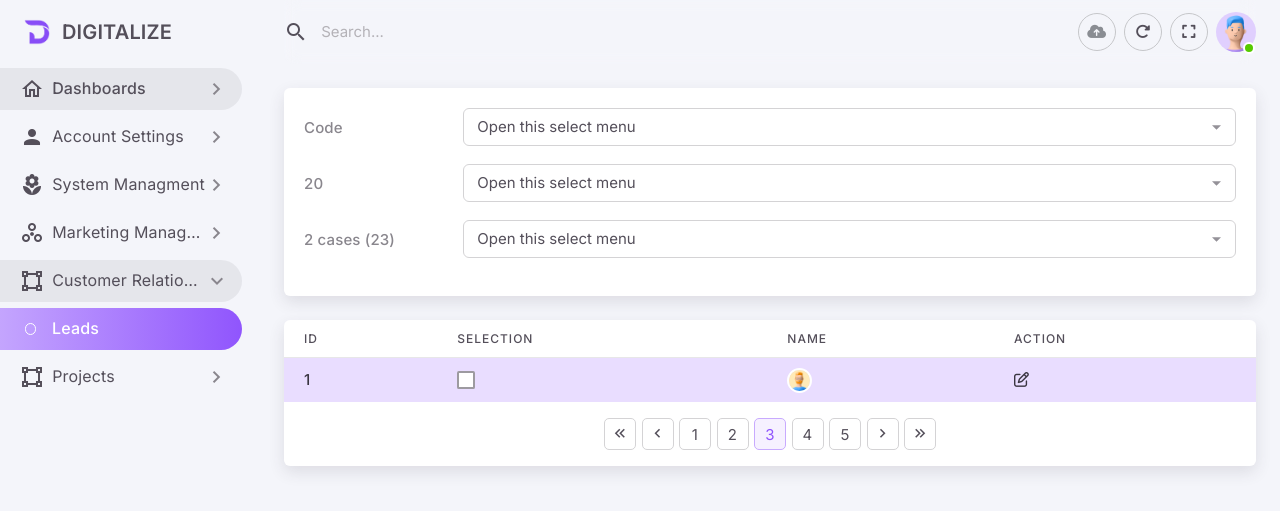
Repository: FadyFathey/sales-crm
Page: html/project-list.html
The author's editor kept a copy of each file at every save. The page is drawn from the files as they stood at one save, then again after a run of saves.
The browser window is 1280 px wide. The pictures show the whole page.
Some icons come from a web library that is not loaded, so they are not drawn. Some web libraries are served in a nearby version.

Above is the page before, as saved 2024-10-09 13:46:12.
Console error: ReferenceError: d3 is not defined

After the next 2 saves:
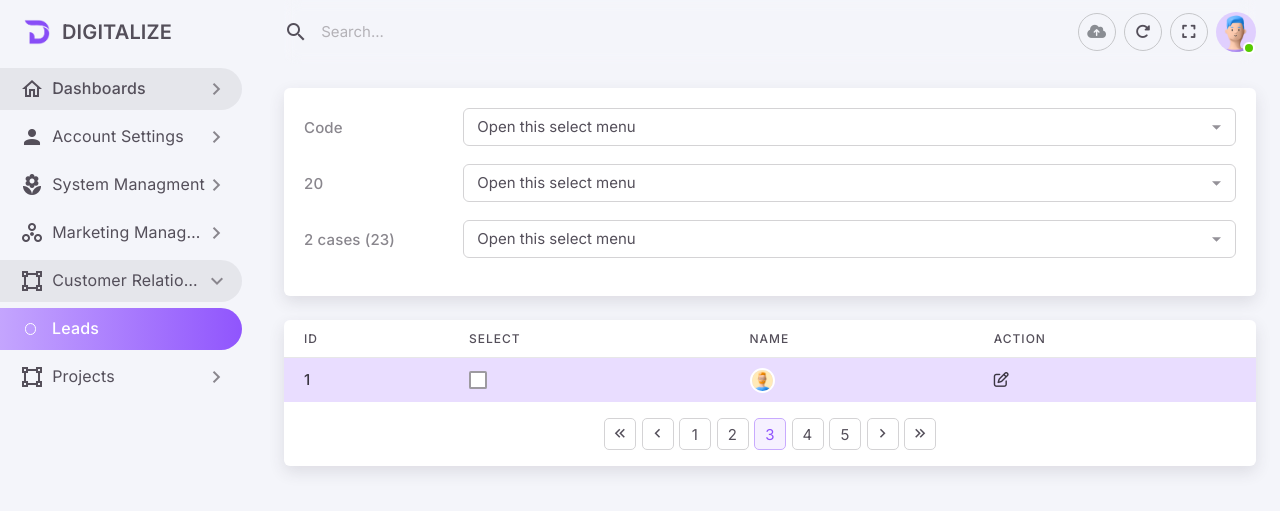
The 2 saves are shown as one change because they came seconds apart.
The last was saved 84 s later.
--- a/html/project-list.html
+++ b/html/project-list.html
@@ -385,7 +385,7 @@
                                     <thead>
                                         <tr>
                                             <th>id</th>
-                                            <th>selection</th>
+                                            <th>select</th>
                                             <th>Name</th>
                                             <th>Action</th>
                                         </tr>
